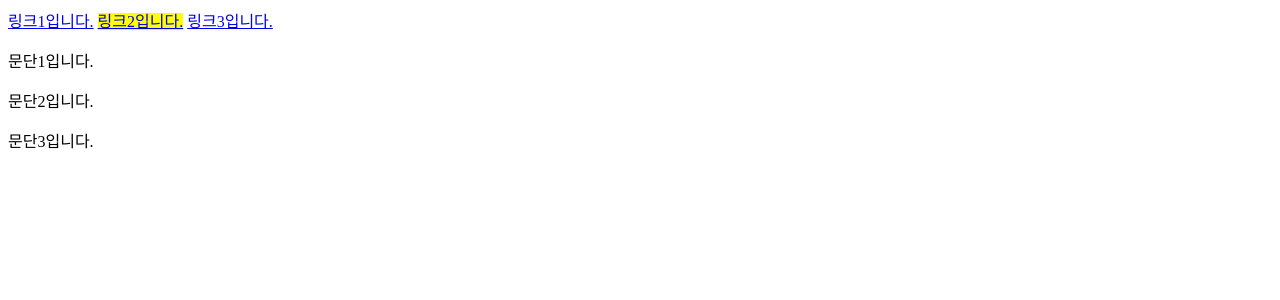
Repository: chanjin5212/Full-Stack-study
Page: client/ClientTest/src/main/webapp/html/ex14_tag.html
These files come from the project's save history. The page is drawn as it stood at one moment and after the next save; the edit follows.
The browser window is 1280 px wide. The pictures show the whole page.

Above is the page before, as saved 2022-05-24 06:02:32.

After the next save:
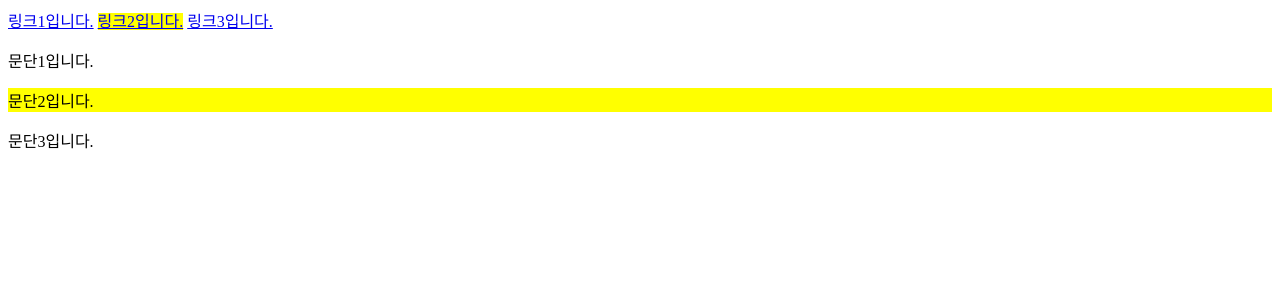
Saved 59 s later.
--- a/client/ClientTest/src/main/webapp/html/ex14_tag.html
+++ b/client/ClientTest/src/main/webapp/html/ex14_tag.html
@@ -33,7 +33,7 @@
 
 	 <!-- p태그는 블럭 태그이다. -->
 	 <p>문단1입니다.</p>
-	 <p>문단2입니다.</p>
+	 <p style="background-color: yellow;">문단2입니다.</p>
 	 <p>문단3입니다.</p>
 
 
